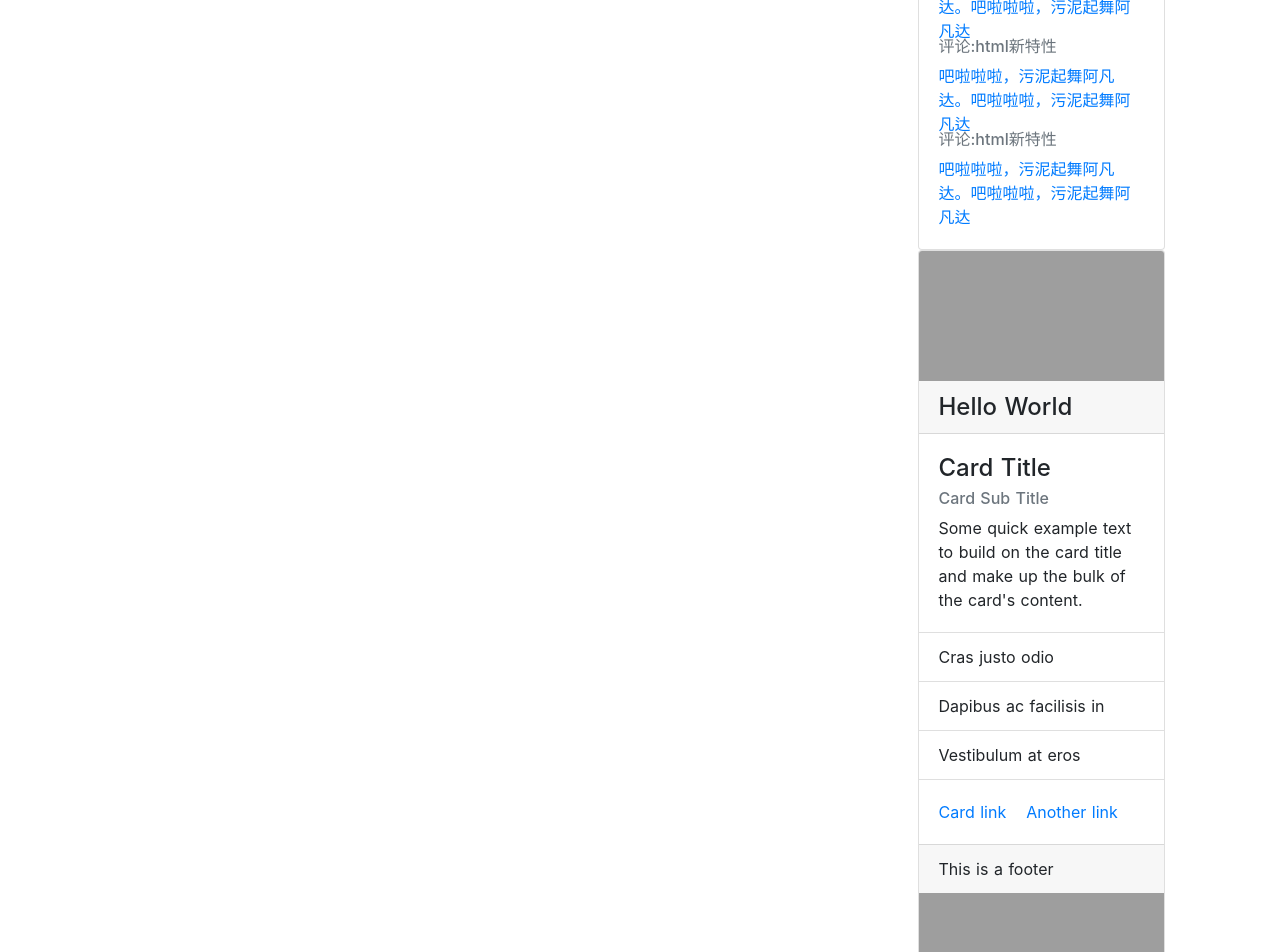
Repository: MTTTM/nuxt-xiaomatata
Page: /
An editor plug-in stored every save of this project. The page is shown before and after the next save, followed by the edit.
The browser window is 1280 px wide. The pictures show the part of the page from y = 1250 to 2202 px (the page is 2252 px tall before and 1718 px after).
Pictures or frames that could not be fetched are drawn as grey boxes. The project was rebuilt for these pictures with package versions that can differ from the ones it lists, and the page was loaded fresh each time. The framework's server and built-in components were replaced by stand-ins that run in the browser. Also part of the build but not shown: nuxt.config.js, components/Logo.vue, components/aboutMe.vue, components/articleListItem.vue, components/bloggerRanking.vue, components/carouselBox.vue, components/classifyList.vue, components/commentBox.vue and 7 more. Imported but missing from the stored project, and not drawn on this page: components/cmSpinner, mixins/scrollLoad.

Above is the page before, as saved 2021-04-10 12:08:09.

### assets/style/comm.scss
body{
  .container{
    min-height: auto;
    justify-content: start;
    text-align: left;
  }
}

### components/breadCrumb.vue
<template>
  <b-breadcrumb :items="items"></b-breadcrumb>
</template>

<script>
export default {
  data() {
    return {
      items: [
        {
          text: "Admin",
          href: "#",
        },
        {
          text: "Manage",
          href: "#",
        },
        {
          text: "Library",
          active: true,
        },
      ],
    };
  },
};
</script>

### components/navBar.vue
<template>
  <div class="nav-bar">
    <b-navbar toggleable="lg" type="dark" variant="info" fixed="top">
      <b-navbar-brand href="#"> 塔塔 </b-navbar-brand>

      <b-navbar-toggle target="nav-collapse" />

      <b-collapse id="nav-collapse" is-nav>
        <b-navbar-nav>
          <b-nav-item href="#"> Link </b-nav-item>
          <b-nav-item href="#" disabled> Disabled </b-nav-item>
          <b-nav-item-dropdown text="Lang" right>
            <b-dropdown-item href="#"> EN </b-dropdown-item>
            <b-dropdown-item href="#"> ES </b-dropdown-item>
            <b-dropdown-item href="#"> RU </b-dropdown-item>
            <b-dropdown-item href="#"> FA </b-dropdown-item>
          </b-nav-item-dropdown>
        </b-navbar-nav>

        <!-- Right aligned nav items -->
        <b-navbar-nav class="ml-auto">
          <b-nav-form>
            <b-form-input size="sm" class="mr-sm-2" placeholder="Search" />

            <b-button size="sm" class="my-2 my-sm-0" type="submit">
              Search
            </b-button>
          </b-nav-form>

          <b-nav-item-dropdown right>
            <!-- Using 'button-content' slot -->
            <template #button-content>
              <b-avatar
                variant="info"
                src="https://placekitten.com/300/300"
              ></b-avatar>
              <em>User</em>
            </template>

            <b-dropdown-item href="#"> Profile </b-dropdown-item>
            <b-dropdown-item href="#"> Sign Out </b-dropdown-item>
          </b-nav-item-dropdown>
        </b-navbar-nav>
      </b-collapse>
    </b-navbar>
  </div>
</template>
<script>
export default {};
</script>
<style lang="scss">
* {
  margin: 0;
  padding: 0;
}
</style>

### layouts/default.vue
<template>
  <div>
    <navBar />
    <Nuxt />
  </div>
</template>
<script>
import navBar from "../components/navBar";
export default {
  components: { navBar }
};
</script>
<style>
html {
  font-size: 16px;
  word-spacing: 1px;
  -ms-text-size-adjust: 100%;
  -webkit-text-size-adjust: 100%;
  -moz-osx-font-smoothing: grayscale;
  -webkit-font-smoothing: antialiased;
  box-sizing: border-box;
}
</style>

### pages/index.vue
<template>
  <div>
    <b-carousel
      id="carousel-1"
      v-model="slide"
      :interval="4000"
      controls
      indicators
      background="#ababab"
      img-width="1024"
      img-height="480"
      style="text-shadow: 1px 1px 2px #333"
      @sliding-start="onSlideStart"
      @sliding-end="onSlideEnd"
    >
      <!-- Text slides with image -->
      <b-carousel-slide
        caption="First slide"
        text="Nulla vitae elit libero, a pharetra augue mollis interdum."
        img-src="https://picsum.photos/1024/480/?image=52"
      ></b-carousel-slide>

      <!-- Slides with custom text -->
      <b-carousel-slide img-src="https://picsum.photos/1024/480/?image=54">
        <h1>Hello world!</h1>
      </b-carousel-slide>

      <!-- Slides with image only -->
      <b-carousel-slide
        img-src="https://picsum.photos/1024/480/?image=58"
      ></b-carousel-slide>

      <!-- Slides with img slot -->
      <!-- Note the classes .d-block and .img-fluid to prevent browser default image alignment -->
      <b-carousel-slide>
        <template #img>
          <img
            class="d-block img-fluid w-100"
            width="1024"
            height="480"
            src="https://picsum.photos/1024/480/?image=55"
            alt="image slot"
          />
        </template>
      </b-carousel-slide>

      <!-- Slide with blank fluid image to maintain slide aspect ratio -->
      <b-carousel-slide caption="Blank Image" img-blank img-alt="Blank image">
        <p>
          Lorem ipsum dolor sit amet, consectetur adipiscing elit. Suspendisse
          eros felis, tincidunt a tincidunt eget, convallis vel est. Ut
          pellentesque ut lacus vel interdum.
        </p>
      </b-carousel-slide>
    </b-carousel>

    <b-container>
      <breadCrumb class="w-100" />
    </b-container>
    <b-container>
      <b-row class="w-100">
        <b-col cols="9" md="9" sm="12">1 of 2</b-col>
        <b-col cols="3" md="3" sm="12">
          <b-card no-body style="max-width: 20rem">
            <template #header>
              <h4 class="mb-0">热文推荐</h4>
            </template>

            <b-card-body>
              <b-card-text>
                <a href="#" class="card-link"
                  >你好阿斯蒂芬，污泥起舞污泥起舞污泥起舞</a
                >
              </b-card-text>
              <b-card-text>
                <a href="#" class="card-link">Card link</a>
              </b-card-text>
              <b-card-text>
                <a href="#" class="card-link">Card link</a>
              </b-card-text>
              <b-card-text>
                <a href="#" class="card-link"
                  >你好阿斯蒂芬，污泥起舞污泥起舞污泥起舞</a
                >
              </b-card-text>
              <b-card-text>
                <a href="#" class="card-link"
                  >你好阿斯蒂芬，污泥起舞污泥起舞污泥起舞</a
                >
              </b-card-text>
            </b-card-body>
          </b-card>

          <b-card no-body style="margin-top: 1rem">
            <template #header>
              <h4 class="mb-0">最新评论</h4>
            </template>

            <b-card-body>
              <a href="#">
                <b-card-sub-title class="mb-2"
                  >评论:html新特性</b-card-sub-title
                >
                <b-card-text>
                  吧啦啦啦，污泥起舞阿凡达。吧啦啦啦，污泥起舞阿凡达
                </b-card-text>
              </a>
              <a href="#">
                <b-card-sub-title class="mb-2"
                  >评论:html新特性</b-card-sub-title
                >
                <b-card-text>
                  吧啦啦啦，污泥起舞阿凡达。吧啦啦啦，污泥起舞阿凡达
                </b-card-text>
              </a>
              <a href="#">
                <b-card-sub-title class="mb-2"
                  >评论:html新特性</b-card-sub-title
                >
                <b-card-text>
                  吧啦啦啦，污泥起舞阿凡达。吧啦啦啦，污泥起舞阿凡达
                </b-card-text>
              </a>
              <a href="#">
                <b-card-sub-title class="mb-2"
                  >评论:html新特性</b-card-sub-title
                >
                <b-card-text>
                  吧啦啦啦，污泥起舞阿凡达。吧啦啦啦，污泥起舞阿凡达
                </b-card-text>
              </a>
            </b-card-body>
          </b-card>
          <b-card
            no-body
            style="max-width: 20rem"
            img-src="https://placekitten.com/380/200"
            img-alt="Image"
            img-top
          >
            <template #header>
              <h4 class="mb-0">Hello World</h4>
            </template>

            <b-card-body>
              <b-card-title>Card Title</b-card-title>
              <b-card-sub-title class="mb-2">Card Sub Title</b-card-sub-title>
              <b-card-text>
                Some quick example text to build on the card title and make up
                the bulk of the card's content.
              </b-card-text>
            </b-card-body>

            <b-list-group flush>
              <b-list-group-item>Cras justo odio</b-list-group-item>
              <b-list-group-item>Dapibus ac facilisis in</b-list-group-item>
              <b-list-group-item>Vestibulum at eros</b-list-group-item>
            </b-list-group>

            <b-card-body>
              <a href="#" class="card-link">Card link</a>
              <a href="#" class="card-link">Another link</a>
            </b-card-body>

            <b-card-footer>This is a footer</b-card-footer>

            <b-card-img
              src="https://placekitten.com/480/210"
              alt="Image"
              bottom
            ></b-card-img>
          </b-card>
        </b-col>
      </b-row>
    </b-container>
  </div>
</template>
<script>
import breadCrumb from "../components/breadCrumb";
export default {
  components: { breadCrumb },
};
</script>
<style>
.container {
  margin: 0 auto;
  min-height: 100vh;
  display: flex;
  justify-content: center;
  align-items: center;
  text-align: center;
}

.title {
  display: block;
  font-weight: 300;
  font-size: 100px;
  color: #35495e;
  letter-spacing: 1px;
}

.subtitle {
  font-weight: 300;
  font-size: 42px;
  color: #526488;
  word-spacing: 5px;
  padding-bottom: 15px;
}

.links {
  padding-top: 15px;
}
</style>

Loaded but not shown: store/system.js (no copy from this time; the picture is the same without it)

After the next save:
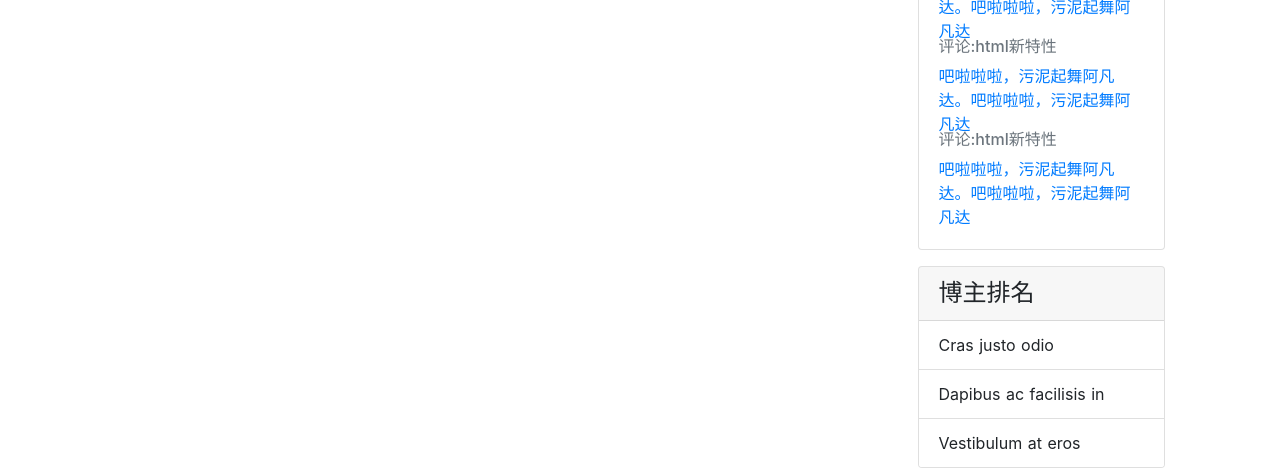
Saved 42 s later.
--- a/pages/index.vue
+++ b/pages/index.vue
@@ -131,44 +131,15 @@
               </a>
             </b-card-body>
           </b-card>
-          <b-card
-            no-body
-            style="max-width: 20rem"
-            img-src="https://placekitten.com/380/200"
-            img-alt="Image"
-            img-top
-          >
+          <b-card no-body style="margin-top: 1rem">
             <template #header>
-              <h4 class="mb-0">Hello World</h4>
+              <h4 class="mb-0">博主排名</h4>
             </template>
-
-            <b-card-body>
-              <b-card-title>Card Title</b-card-title>
-              <b-card-sub-title class="mb-2">Card Sub Title</b-card-sub-title>
-              <b-card-text>
-                Some quick example text to build on the card title and make up
-                the bulk of the card's content.
-              </b-card-text>
-            </b-card-body>
-
             <b-list-group flush>
               <b-list-group-item>Cras justo odio</b-list-group-item>
               <b-list-group-item>Dapibus ac facilisis in</b-list-group-item>
               <b-list-group-item>Vestibulum at eros</b-list-group-item>
             </b-list-group>
-
-            <b-card-body>
-              <a href="#" class="card-link">Card link</a>
-              <a href="#" class="card-link">Another link</a>
-            </b-card-body>
-
-            <b-card-footer>This is a footer</b-card-footer>
-
-            <b-card-img
-              src="https://placekitten.com/480/210"
-              alt="Image"
-              bottom
-            ></b-card-img>
           </b-card>
         </b-col>
       </b-row>
